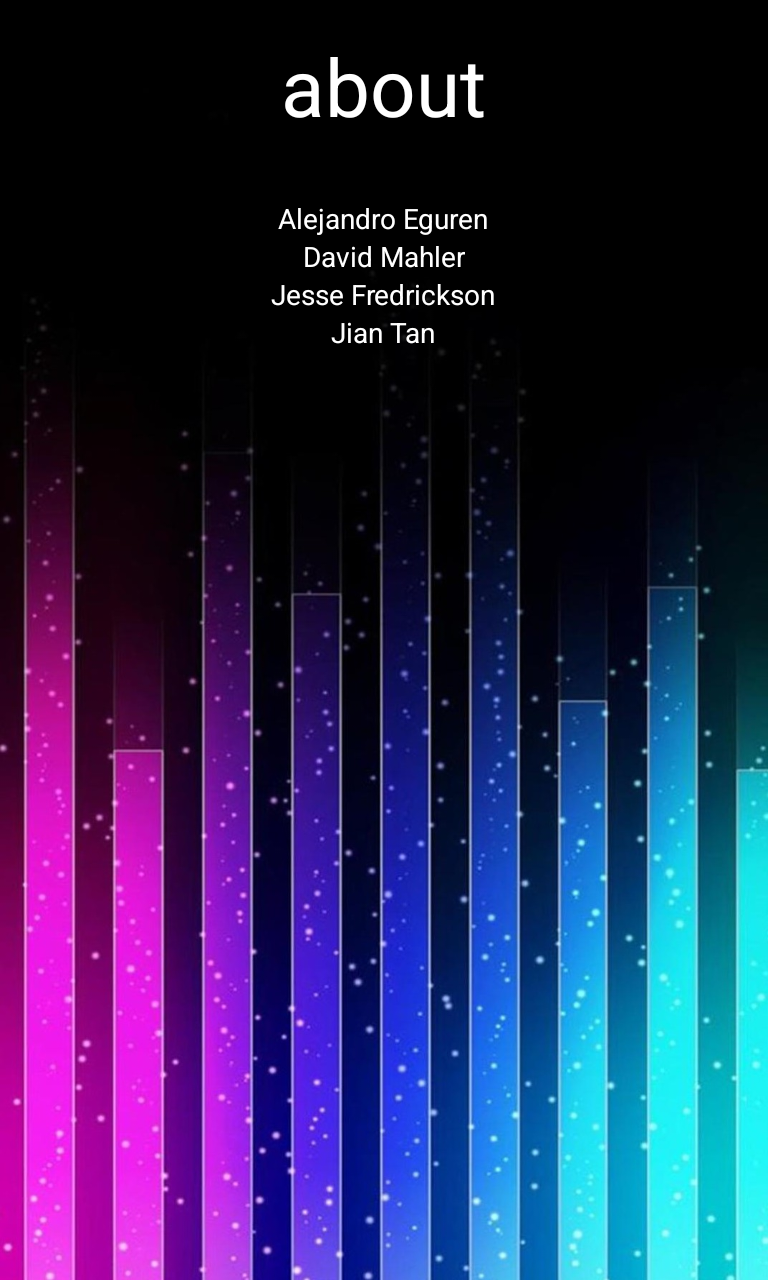
Repository: SoundBoardJAMJ/Project
Layout: workspace/SoundBoard/res/layout/about.xml
An editor plug-in stored every save of this project. The layout is shown before and after the next save, followed by the edit.
It is drawn on a 768 x 1280 px phone screen (xhdpi) without system bars, with theme AppTheme; the app's code is not run.

Above is the layout before, as saved 2014-05-02 16:18:20.

After the next save:
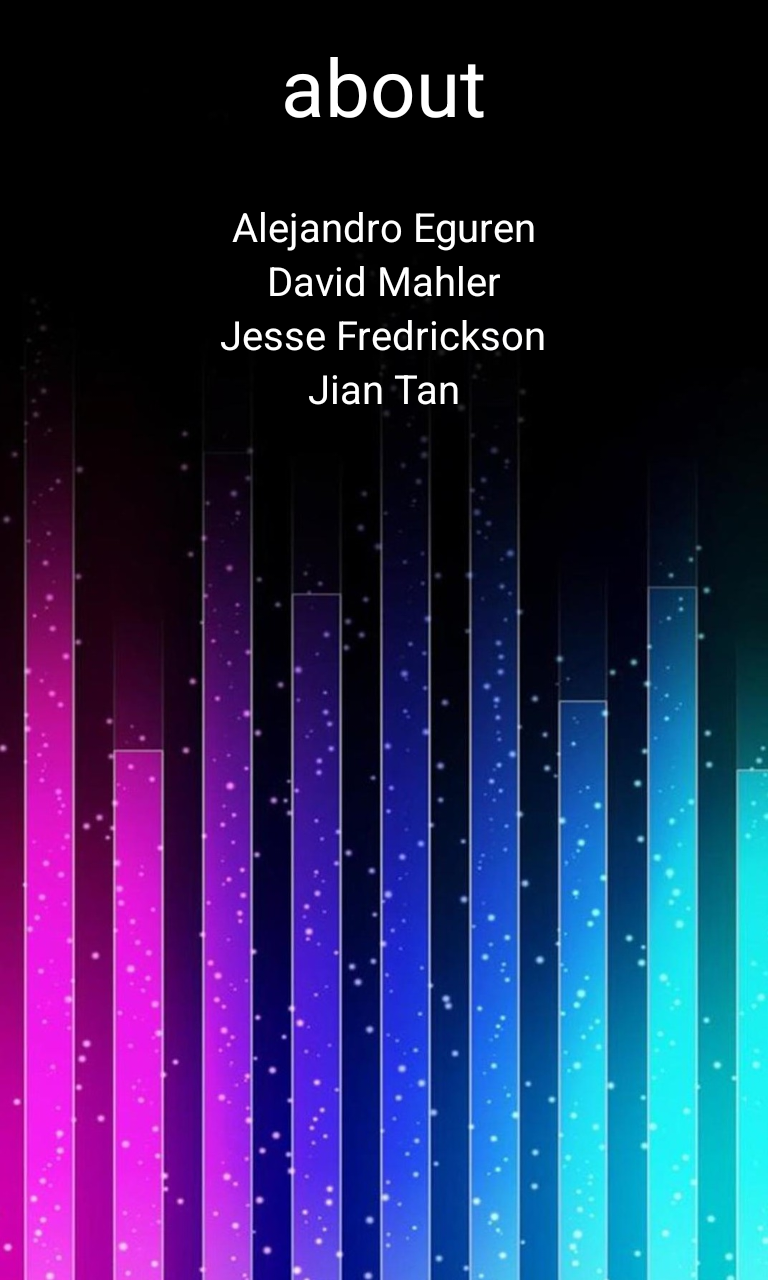
Saved 3 min 57 s later.
--- a/workspace/SoundBoard/res/layout/about.xml
+++ b/workspace/SoundBoard/res/layout/about.xml
@@ -29,6 +29,7 @@
         android:layout_marginTop="30dp"
         android:layout_centerHorizontal="true"
         android:textColor="@android:color/white"
+        android:textSize="20sp"
         android:text="Alejandro Eguren" />
 
     <TextView
@@ -38,6 +39,7 @@
         android:layout_below="@+id/textView2"
         android:layout_centerHorizontal="true"
         android:textColor="@android:color/white"
+        android:textSize="20sp"
         android:text="David Mahler" />
 
     <TextView
@@ -47,6 +49,7 @@
         android:layout_below="@+id/textView3"
         android:layout_centerHorizontal="true"
         android:textColor="@android:color/white"
+        android:textSize="20sp"
         android:text="Jesse Fredrickson" />
 
     <TextView
@@ -56,6 +59,7 @@
         android:layout_below="@+id/textView4"
         android:layout_centerHorizontal="true"
         android:textColor="@android:color/white"
+        android:textSize="20sp"
         android:text="Jian Tan" />
 
 </RelativeLayout>
